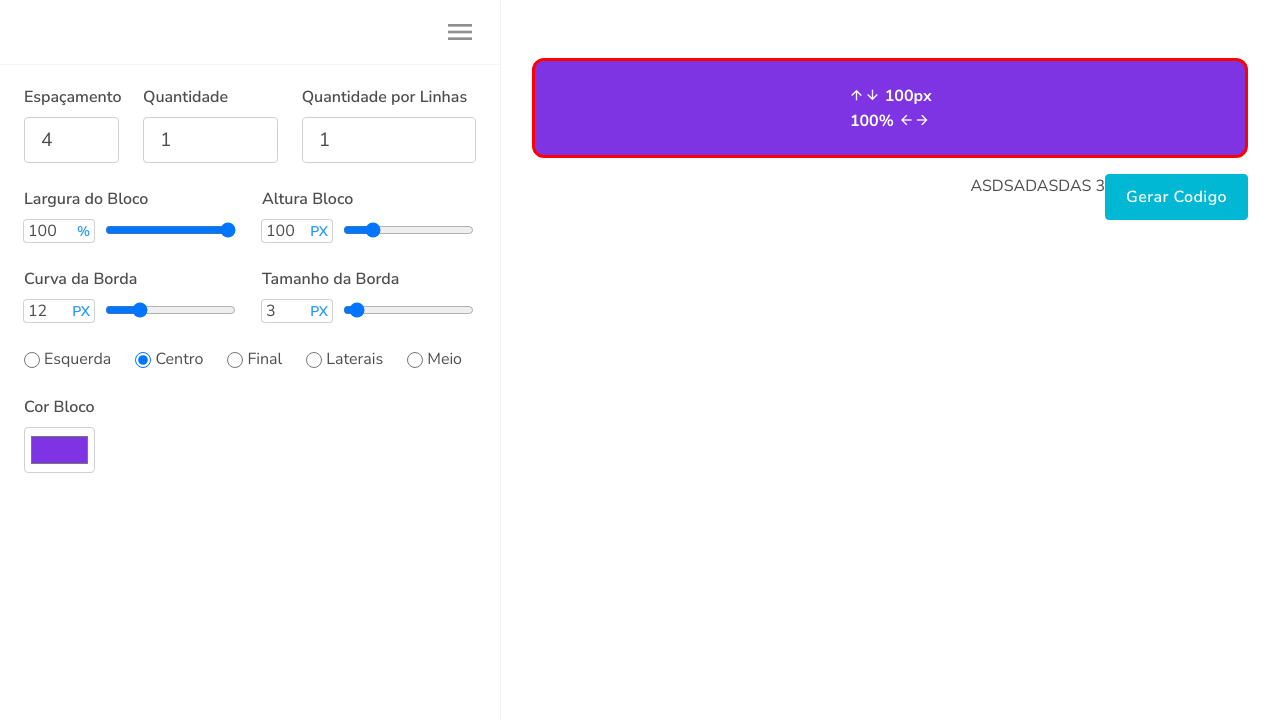
Repository: Flintdl/lowcode-elements
Page: /
An editor plug-in stored every save of this project. The page is shown before and after the next save, followed by the edit.
The browser window is 1280 px wide. The pictures show the whole page.
The project was rebuilt for these pictures with package versions that can differ from the ones it lists, and the page was loaded fresh each time. Also part of the build but not shown: vue.config.js.

Above is the page before, as saved 2022-04-05 14:41:05.

### src/assets/scss/_variables.scss
// Primarys Colors
$standardTextColor: #4d4d4d;

$primaryColor: #8e6dff;
$secondaryColor: #009997;
$buttonDisableColor: #9c9c9c;
$buttonDisableBgColor: #7676764d;

// Menu Colors

$bgMenuColor: #1d1d1d;
$linkMenuColor: #7b8089;
$iconMenuColor: #2a2a2a;
$borderMenuColor: #323232;

// Botão Colors

$btnPrimary: #00b8d4;
$btnPrimaryHover: #0085b0;

// Generics Colors

$whiteColor: #ffffff;
$mutedColor: #8f8f8f;
$cardColor: #f3f4f7;
$cardColorLight: #f9fafc;
$cardColorLightTwo: #f1f5fc;
$greyLight: #d1d1d1;

// Dropdown Colors

$dropdownHeaderColor: #5f5f5f;
$dropdownColor: #ebffff;

// State Colors

$successColor: #3dc661;
$dangerColor: #e7515a;
$warningColor: #e2a03f;
$infoColor: #2196f3;
$defaultColor: #172b4d;
$lightColor: #e0e0e0;

### src/assets/scss/standard.scss
@import "variables";

.sf-content-page {
  transition: margin-left 0.15s ease;
  margin-left: 500px;
  padding: 3.6rem 2rem;
}

input,
select {
  font-size: 1.2rem;
  font-family: "Nunito Sans", sans-serif;
  color: #4d4d4d;
  background-color: #ffffff;
  width: 100%;
  display: block;
  height: 46px;
  padding: 0 1rem;
  border-radius: 4px;
  border: 1px solid #d1d1d1;
}

input:disabled {
  background-color: $buttonDisableBgColor;
}

textarea {
  font-size: 0.875rem;
  font-family: "Nunito Sans", sans-serif;
  color: #4d4d4d;
  background-color: #ffffff;
  width: 100%;
  display: block;
  padding: 1rem;
  border-radius: 4px;
  border: 1px solid #d1d1d1;
  resize: none;
}

input[type="range"] {
  height: fit-content !important;
}

.sf-form-100 {
  width: calc(100% + 24px);
}

/* Input Radio */
.form-selectradio,
.form-selectcheckbox {
  display: flex;
}

.form-selectradiobutton,
.form-selectcheckboxbutton {
  display: inline-block;
  border-radius: 50%;
  margin: 0;
}

.form-selectradiobutton label,
.form-selectcheckboxbutton label {
  font-size: 0.875rem;
  cursor: pointer;
  display: inline-block;
  margin: 0 16px 0 8px;
  vertical-align: middle;
}

input[type="radio"],
input[type="checkbox"] {
  width: 1rem;
  height: 1rem;
  text-align: center;
  position: relative;
  border-radius: 50%;
  line-height: 16px;
  cursor: pointer;
  margin: 0;
  display: inline-block;
  vertical-align: middle;
}

input[type="checkbox"] {
  border-radius: 6px;
}

// Renderização de Consulta - Botão

.sf-action-rendered-content {
  gap: 8px;
  .sf-action-rendered-consult {
    -webkit-box-flex: 1;
    -ms-flex-positive: 1;
    flex-grow: 1;
    white-space: nowrap;
    width: auto;
    span {
      cursor: pointer;
      &:hover {
        // background-color: #27272736 !important;
        border-color: #272727 !important;
      }
      &.actived {
        // background-color: #00b8d436 !important;
        border-color: #00b8d4 !important;
        font-weight: 700;
      }
    }
  }
}

// Renderização de Consulta - Botão

// Conteúdo socio resultado

.sf-card-socio-content {
  gap: 12px;
  .sf-card-socio {
    width: 100%;
    &.actived {
      div {
        background-color: #1fbdd538;
        border-color: #00b8d4 !important;
        color: #0395ac;
      }
    }
    &:hover {
      div {
        border-color: #00b8d4 !important;
        color: #0395ac;
        cursor: pointer;
      }
    }
  }
}
// Conteúdo socio resultado

// Conteúdo contato resultado

.sf-contact-business-content {
  gap: 12px;
  &.sf-business-overflow {
    ::-webkit-scrollbar {
      background: #e0e0e0;
      height: 4px;
      width: 6px;
    }

    ::-webkit-scrollbar-thumb {
      background: #bebebe;
    }
    ::-webkit-scrollbar-track {
      background-color: #e0e0e0;
    }
    ul {
      max-height: 392px;
      overflow-y: auto;
    }
  }
  .sf-contact-content-list {
    width: 100%;
    &.content-list-segments {
      height: fit-content;
      div {
        background-color: #f5f5f5;
        width: 100%;
      }
      &.actived {
        div {
          background-color: #1fbdd538;
          border-color: #00b8d4 !important;
          color: #0395ac;
        }
      }
      &:hover {
        div {
          border-color: #00b8d4 !important;
          color: #0395ac;
          cursor: pointer;
        }
      }
    }
  }
  &.sf-content-grid {
    .sf-contact-content-list {
      flex: initial;
    }
  }
}

.information-list-business {
  .information-list-business-li {
    span {
      width: 100%;
    }
    &:nth-child(odd) {
      background-color: #79797936;
    }
  }
}

.autocomplete-items {
  position: absolute;
  border: 1px solid #d4d4d4;
  margin: 12px 12px 0;
  border-radius: 4px;
  max-height: 210px;
  overflow-y: auto;
  z-index: 99;
  top: 100%;
  left: 0;
  right: 0;
}

.autocomplete-items div {
  padding: 10px;
  cursor: pointer;
  background-color: #fff;
  border-bottom: 1px solid #d4d4d4;
  &:last-child {
    border-bottom: 0;
  }
}

.autocomplete-items div:hover {
  background-color: #e9e9e9;
}

.autocomplete-active {
  background-color: DodgerBlue !important;
  color: #ffffff;
}

@media (min-width: 731px) {
  .sf-contact-business-content {
    .sf-contact-content-list {
      width: calc(50% - 12px);
    }
    &.sf-content-grid {
      .sf-contact-content-list {
        width: calc(50% - 12px);
      }
    }
  }
  .sf-card-socio-content {
    .sf-card-socio {
      width: calc(50% - 12px);
    }
  }
}

@media (min-width: 960px) {
  .sf-contact-business-content {
    .sf-contact-content-list {
      width: calc((100% - 24px) / 3);
    }
    &.sf-content-grid {
      .sf-contact-content-list {
        width: calc((100% - 24px) / 3);
      }
    }
  }
  .sf-card-socio-content {
    .sf-card-socio {
      width: calc((100% - 24px) / 3);
    }
  }
}
@media (min-width: 1200px) {
  .sf-contact-business-content {
    .sf-contact-content-list {
      width: calc((100% - 24px) / 3);
    }
    &.sf-content-grid {
      .sf-contact-content-list {
        width: calc(100% / 4);
      }
    }
  }
  .sf-card-socio-content {
    .sf-card-socio {
      width: calc((100% - 36px) / 4);
    }
  }
}

// Conteúdo contato resultado

.sf-loading-animation {
  z-index: 999999;
  // display: none;
  height: 100px;
  width: 100px;
}

.sf-loading-input {
  height: 100%;
  width: 40px;
}

// Error Style

.sf-error-svg {
  font-size: 3rem;
  font-family: Impact, Haettenschweiler, "Arial Narrow Bold", sans-serif;
}
/*////////////////////v animation//////////////////*/
.text1 {
  fill: none;
  stroke-linejoin: round;
  stroke-dasharray: 1160;
  stroke-dashoffset: 0;
}
.text1:nth-child(3n) {
  fill: #272727;
}

.text1:nth-child(3n + 2) {
  fill: #e7515a;
}

.text2 {
  fill: #2196f3;
}
// Mesagem Box

.mensagem-box {
  position: fixed;
  overflow: hidden;
  z-index: 997;
  right: 30px;
  bottom: 30px;
}

.mensagem {
  margin-bottom: 12px;
  border-radius: 4px;
  padding: 16px 32px;
  font-size: 1rem;
  color: #fff;
  z-index: 998;
}

.mensagem:last-child {
  margin-bottom: 0;
}

.mensagem.success {
  background-color: $successColor;
}

.mensagem.error {
  background-color: $dangerColor;
}

.mensagem.warning {
  background-color: $warningColor;
}

// Mesagem Box

// Error Style

.sf-modal {
  background-color: #000;
  position: fixed;
  z-index: -1;
  display: none;
  height: 100%;
  width: 100%;
  opacity: 0;
  left: 0;
  top: 0;
  &.actived {
    background-color: gray;
    display: block;
    z-index: 9999;
    opacity: 0.8;
  }
}

### src/views/HomeView.vue
<template>
  <div>
    <div class="sf-row">
      <div
        id="sf-preview-code-content"
        class="sf-col-12 sf-mx-auto sf-position-relative"
      >
        <!-- <div class="sf-display-flex sf-flex-wrap sf-width-100">
          <div
            id="sf-grid-template"
            class="sf-grid sf-position-relative"
            :style="{
              width: cssProps.width,
              height: String(valorHeight) + 'px',
              left: inputGap / 2 + 'px',
            }"
            v-bind:key="n"
            v-for="n of quantidade"
          ></div>
        </div> -->
        <div id="sf-preview-code">
          <div
            :style="gapProps"
            :class="[
              'sf-display-flex sf-flex-wrap sf-width-100',
              'sf-justify-content-' + checkValue,
            ]"
          >
            <DivGrid
              v-bind:key="n"
              v-for="n of quantidade"
              :tamanho="String(valor)"
              :altura="String(valorHeight)"
              :cssDefinido="cssProps"
              class="sf-position-relative"
            />
          </div>
        </div>
      </div>
      <div class="sf-col-12 sf-mt-3 sf-display-flex sf-justify-content-end">
        ASDSADASDAS {{ inputBorder }}
        <button class="sf-btn sf-btn-primary" @click="gerarCodigo">
          Gerar Codigo
        </button>
      </div>
    </div>
    <div class="sf-row" v-if="htmlPreviewCode">
      <div class="sf-col-12 sf-mx-auto sf-mt-5 sf-code-content">
        <div class="sf-bg-code sf-p-4 sf-border-radius">
          <code>
            <span class="sf-text-info">Código do Preview</span> <br />
            {{ htmlPreviewCode }}
          </code>
        </div>
      </div>
    </div>
  </div>
</template>

<script>
// @ is an alias to /src

import DivGrid from "@/components/templates/DivGrid.vue";

export default {
  name: "HomeView",
  data: function () {
    return {
      htmlPreviewCode: null,
    };
  },
  components: {
    DivGrid,
  },
  props: {
    valor: String,
    inputGap: String,
    quantidade: Number,
    valorHeight: String,
    quantidadeLinha: String,
    inputBorderRadius: String,
    checkValue: String,
    inputColor: String,
    inputBorder: String,
  },
  computed: {
    cssProps() {
      return {
        width: `calc((${this.valor}% - ${this.inputGap}px * ${
          this.quantidadeLinha - "1"
        }) / ${this.quantidadeLinha})`,
        height: this.valorHeight + "px",
        "border-radius": this.inputBorderRadius + "px",
        "background-color": this.inputColor,
        border: this.inputBorder + "px solid red",
      };
    },
    gapProps() {
      return {
        gap: this.inputGap + "px",
      };
    },
  },
  methods: {
    gerarCodigo() {
      this.htmlPreviewCode =
        document.getElementById("sf-preview-code").innerHTML;
    },
  },
};
</script>

<style>
#sf-grid-template:after {
  content: "";
  width: 100%;
  height: 150%;
  top: -25%;
  background-color: #ff008c0a;
  border: 1px solid rgba(255, 0, 140, 0.103);
  border-left: 2px solid #ff008c38;
  border-right: 2px solid #ff008c38;
  position: absolute;
}
</style>

### src/components/templates/InputGapTemplate.vue
<template>
  <div class="sf-col-3 sf-form-group">
    <label class="sf-label">Espaçamento</label>
    <input
      type="number"
      min="1"
      max="12"
      value="2"
      id="inputGap"
      v-model="valor"
      class="filter-states sf-text-capitalize"
      placeholder="Quantidade de Blocos"
    />
  </div>
</template>

<script>
export default {
  props: {
    valorInput: String,
  },
  computed: {
    valor: {
      get() {
        var inp = this.valorInput;
        return inp;
      },
      set(valorInput) {
        this.$emit("callback", valorInput);
      },
    },
  },
};
</script>

<style></style>

### src/components/templates/InputQuantidadeTemplate.vue
<template>
  <div class="sf-col-4 sf-form-group">
    <label class="sf-label">Quantidade</label>
    <input
      type="number"
      value="1"
      id="inputQuantidade"
      v-model="valor"
      class="filter-states sf-text-capitalize"
      placeholder="Quantidade de Blocos"
    />
  </div>
</template>

<script>
export default {
  props: {
    valorInput: String,
  },
  computed: {
    valor: {
      get() {
        var inp = this.valorInput;
        return inp;
      },
      set(valorInput) {
        this.$emit("callback", valorInput);
      },
    },
  },
};
</script>

<style></style>

### src/components/templates/InputQuantLinhasTemplate.vue
<template>
  <div class="sf-col-5 sf-form-group">
    <label class="sf-label">Quantidade por Linhas</label>
    <input
      type="number"
      min="1"
      max="12"
      value="1"
      id="inputQuantidadeLinha"
      v-model="valor"
      class="filter-states sf-text-capitalize"
      placeholder="Quantidade Linha"
    />
  </div>
</template>

<script>
export default {
  props: {
    valorInput: String,
  },
  computed: {
    valor: {
      get() {
        var inp = this.valorInput;
        return inp;
      },
      set(valorInput) {
        this.$emit("callback", valorInput);
      },
    },
  },
};
</script>

<style></style>

### src/components/templates/InputLarguraBloco.vue
<template>
  <div class="sf-col-6 sf-form-group">
    <label class="sf-label">Largura do Bloco</label>
    <div class="sf-input-group">
      <div
        class="sf-input-group-append sf-display-flex sf-justify-content-center"
      >
        <div
          class="sf-display-flex sf-align-items-center sf-justify-content-center sf-border-left-0 sf-border-radius sf-border-radius-left-0 sf-pr-2 sf-text-info sf-font-weight-bold sf-min-80-px"
        >
          <div class="sf-input-group">
            <input
              type="number"
              value="1"
              min="1"
              max="100"
              v-model="valor"
              class="sf-text-md sf-height-fit-content sf-pr-0 sf-pl-1 sf-border-right-0 sf-border-radius-right-0 sf-text-capitalize"
              placeholder="Curva da Borda"
            />
            <div
              class="sf-input-group-append sf-display-flex sf-justify-content-center"
            >
              <div
                class="sf-display-flex sf-align-items-center sf-border sf-justify-content-center sf-border-left-0 sf-border-radius sf-border-radius-left-0 sf-pr-1 sf-text-info sf-font-weight-bold sf-text-sm"
              >
                %
              </div>
            </div>
          </div>
        </div>
      </div>
      <input
        type="range"
        min="10"
        max="100"
        value="10"
        id="inputRange"
        v-model="valor"
        class="sf-px-0 sf-border-right-0 sf-border-radius-right-0 sf-text-capitalize"
      />
    </div>
  </div>
</template>

<script>
export default {
  props: {
    valorInput: String,
  },
  computed: {
    valor: {
      get() {
        var inp = this.valorInput;
        return inp;
      },
      set(valorInput) {
        this.$emit("callback", valorInput);
      },
    },
  },
};
</script>

<style></style>

### src/components/templates/InputAlturaBloco.vue
<template>
  <div class="sf-col-6 sf-form-group">
    <label class="sf-label">Altura Bloco</label>
    <div class="sf-input-group">
      <div
        class="sf-input-group-append sf-display-flex sf-justify-content-center"
      >
        <div
          class="sf-display-flex sf-align-items-center sf-justify-content-center sf-border-left-0 sf-border-radius sf-border-radius-left-0 sf-pr-2 sf-text-info sf-font-weight-bold sf-min-80-px"
        >
          <div class="sf-input-group">
            <input
              type="number"
              value="1"
              min="1"
              max="500"
              v-model="valor"
              class="sf-text-md sf-height-fit-content sf-pr-0 sf-pl-1 sf-border-right-0 sf-border-radius-right-0 sf-text-capitalize"
              placeholder="Curva da Borda"
            />
            <div
              class="sf-input-group-append sf-display-flex sf-justify-content-center"
            >
              <div
                class="sf-display-flex sf-align-items-center sf-border sf-justify-content-center sf-border-left-0 sf-border-radius sf-border-radius-left-0 sf-pr-1 sf-text-info sf-font-weight-bold sf-text-sm"
              >
                PX
              </div>
            </div>
          </div>
        </div>
      </div>
      <input
        type="range"
        min="10"
        max="500"
        id="valorHeight"
        v-model="valor"
        class="sf-px-0 sf-border-right-0 sf-border-radius-right-0 sf-text-capitalize"
      />
    </div>
  </div>
</template>

<script>
export default {
  props: {
    valorInput: String,
  },
  computed: {
    valor: {
      get() {
        var inp = this.valorInput;
        return inp;
      },
      set(valorInput) {
        this.$emit("callback", valorInput);
      },
    },
  },
};
</script>

<style></style>

### src/components/templates/InputBorderRadiusBloco.vue
<template>
  <div class="sf-col-6 sf-form-group">
    <label class="sf-label">Curva da Borda</label>
    <div class="sf-input-group">
      <div
        class="sf-input-group-append sf-display-flex sf-justify-content-center"
      >
        <div
          class="sf-display-flex sf-align-items-center sf-justify-content-center sf-border-left-0 sf-border-radius sf-border-radius-left-0 sf-pr-2 sf-text-info sf-font-weight-bold sf-min-80-px"
        >
          <div class="sf-input-group">
            <input
              type="number"
              value="1"
              min="1"
              max="50"
              v-model="valor"
              class="sf-text-md sf-height-fit-content sf-pr-0 sf-pl-1 sf-border-right-0 sf-border-radius-right-0 sf-text-capitalize"
              placeholder="Curva da Borda"
            />
            <div
              class="sf-input-group-append sf-display-flex sf-justify-content-center"
            >
              <div
                class="sf-display-flex sf-align-items-center sf-border sf-justify-content-center sf-border-left-0 sf-border-radius sf-border-radius-left-0 sf-pr-1 sf-text-info sf-font-weight-bold sf-text-sm"
              >
                PX
              </div>
            </div>
          </div>
        </div>
      </div>
      <input
        type="range"
        value="1"
        min="1"
        max="50"
        id="inputBorderRadius"
        v-model="valor"
        class="sf-px-0 sf-border-right-0 sf-border-radius-right-0 sf-text-capitalize"
        placeholder="Curva da Borda"
      />
    </div>
  </div>
</template>

<script>
export default {
  props: {
    valorInput: String,
  },
  computed: {
    valor: {
      get() {
        var inp = this.valorInput;
        return inp;
      },
      set(valorInput) {
        this.$emit("callback", valorInput);
      },
    },
  },
};
</script>

<style></style>

### src/components/templates/InputBorderBloco.vue
<template>
  <div class="sf-col-6 sf-form-group">
    <label class="sf-label">Tamanho da Borda</label>
    <div class="sf-input-group">
      <div
        class="sf-input-group-append sf-display-flex sf-justify-content-center"
      >
        <div
          class="sf-display-flex sf-align-items-center sf-justify-content-center sf-border-left-0 sf-border-radius sf-border-radius-left-0 sf-pr-2 sf-text-info sf-font-weight-bold sf-min-80-px"
        >
          <div class="sf-input-group">
            <input
              type="number"
              value="1"
              min="1"
              max="50"
              v-model="valor"
              class="sf-text-md sf-height-fit-content sf-pr-0 sf-pl-1 sf-border-right-0 sf-border-radius-right-0 sf-text-capitalize"
              placeholder="Curva da Borda"
            />
            <div
              class="sf-input-group-append sf-display-flex sf-justify-content-center"
            >
              <div
                class="sf-display-flex sf-align-items-center sf-border sf-justify-content-center sf-border-left-0 sf-border-radius sf-border-radius-left-0 sf-pr-1 sf-text-info sf-font-weight-bold sf-text-sm"
              >
                PX
              </div>
            </div>
          </div>
        </div>
      </div>
      <input
        type="range"
        value="1"
        min="1"
        max="50"
        id="inputBorder"
        v-model="valor"
        class="sf-px-0 sf-border-right-0 sf-border-radius-right-0 sf-text-capitalize"
        placeholder="Curva da Borda"
      />
    </div>
  </div>
</template>

<script>
export default {
  props: {
    valorInput: String,
  },
  computed: {
    valor: {
      get() {
        var inp = this.valorInput;
        return inp;
      },
      set(valorInput) {
        this.$emit("callback", valorInput);
      },
    },
  },
};
</script>

<style></style>

### src/components/templates/InputPosicaoBloco.vue
<template>
  <div class="sf-row">
    <div class="sf-col-auto sf-form-group">
      <input
        id="start"
        type="radio"
        name="positionDivs"
        v-model="valor"
        value="start"
        checked
      />
      <label for="start"> Esquerda</label>
    </div>

    <div class="sf-col-auto sf-form-group">
      <input
        type="radio"
        id="center"
        name="positionDivs"
        v-model="valor"
        value="center"
      />
      <label for="center"> Centro</label>
    </div>

    <div class="sf-col-auto sf-form-group">
      <input
        type="radio"
        id="end"
        name="positionDivs"
        v-model="valor"
        value="end"
      />
      <label for="end"> Final</label>
    </div>
    <div class="sf-col-auto sf-form-group">
      <input
        type="radio"
        id="between"
        name="positionDivs"
        v-model="valor"
        value="between"
      />
      <label for="between"> Laterais</label>
    </div>
    <div class="sf-col-auto sf-form-group">
      <input
        type="radio"
        id="around"
        name="positionDivs"
        v-model="valor"
        value="around"
      />
      <label for="around"> Meio</label>
    </div>
  </div>
</template>

<script>
export default {
  props: {
    valorInput: String,
  },
  computed: {
    valor: {
      get() {
        var inp = this.valorInput;
        return inp;
      },
      set(valorInput) {
        this.$emit("callback", valorInput);
      },
    },
  },
};
</script>

<style></style>

### src/components/templates/DivGrid.vue
<template>
  <div class="sf-position-relative sf-overflow-hidden" :style="cssDefinido">
    <span
      class="sf-position-absolute sf-centerAbsolute-xy sf-text-white sf-font-weight-extra-bold sf-text-center"
      :style="tamanho"
    >
      <i
        class="mdi mdi-arrow-up sf-text-md sf-text-white sf-dropdown-action"
      ></i>
      <i
        class="mdi mdi-arrow-down sf-text-md sf-text-white sf-dropdown-action"
      ></i>
      {{ altura }}px <br />

      {{ tamanho }}%
      <i
        class="mdi mdi-arrow-left sf-text-md sf-text-white sf-dropdown-action"
      ></i>
      <i
        class="mdi mdi-arrow-right sf-text-md sf-text-white sf-dropdown-action"
      ></i>
    </span>
  </div>
</template>

<script>
export default {
  props: {
    cssDefinido: Object,
    tamanho: String,
    altura: String,
  },
};
</script>

<style></style>

Loaded but not shown: public/index.html (common file); src/main.js (common file); src/App.vue (common file); src/registerServiceWorker.js (common file); src/router/index.js (common file); src/assets/scss/materialdesignicons.scss (9 lines, source omitted); src/assets/scss/style.scss (4095 lines, source omitted); src/assets/scss/menu.scss (396 lines, source omitted); src/components/Menu/MenuTemplate.vue (210 lines, source omitted)

After the next save:
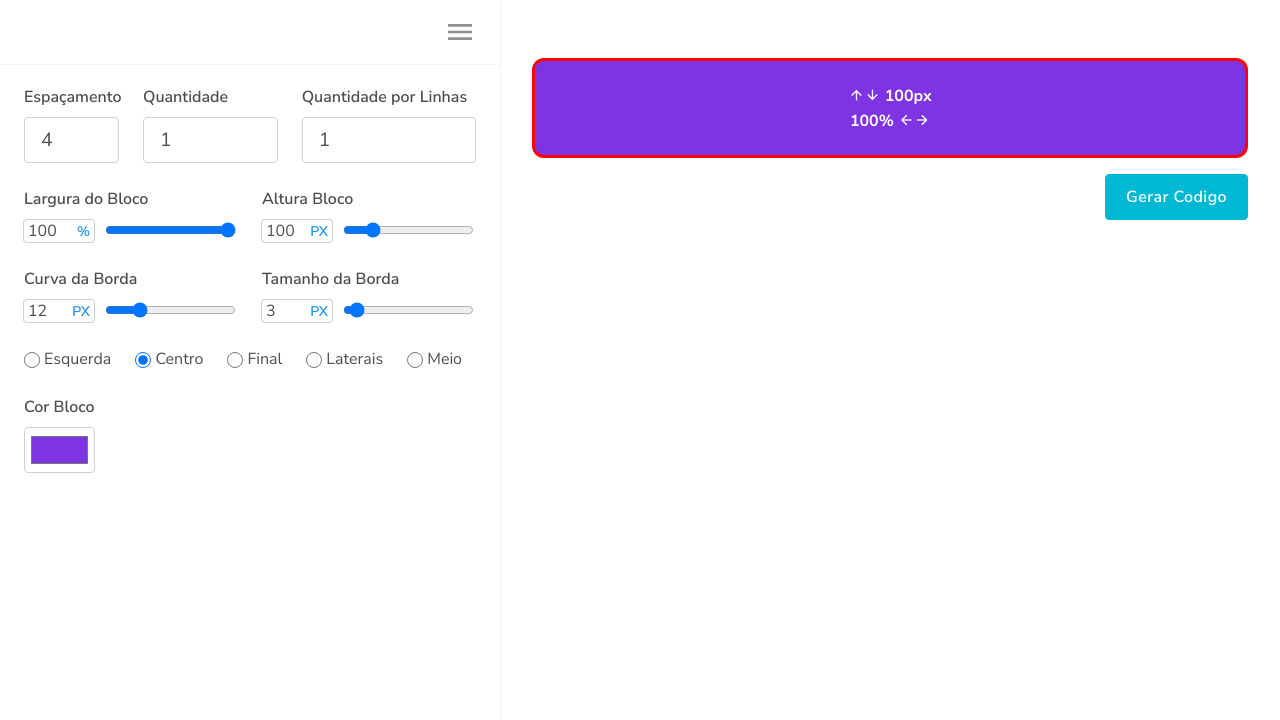
Saved 3 min 32 s later.
--- a/src/views/HomeView.vue
+++ b/src/views/HomeView.vue
@@ -38,7 +38,6 @@
         </div>
       </div>
       <div class="sf-col-12 sf-mt-3 sf-display-flex sf-justify-content-end">
-        ASDSADASDAS {{ inputBorder }}
         <button class="sf-btn sf-btn-primary" @click="gerarCodigo">
           Gerar Codigo
         </button>
